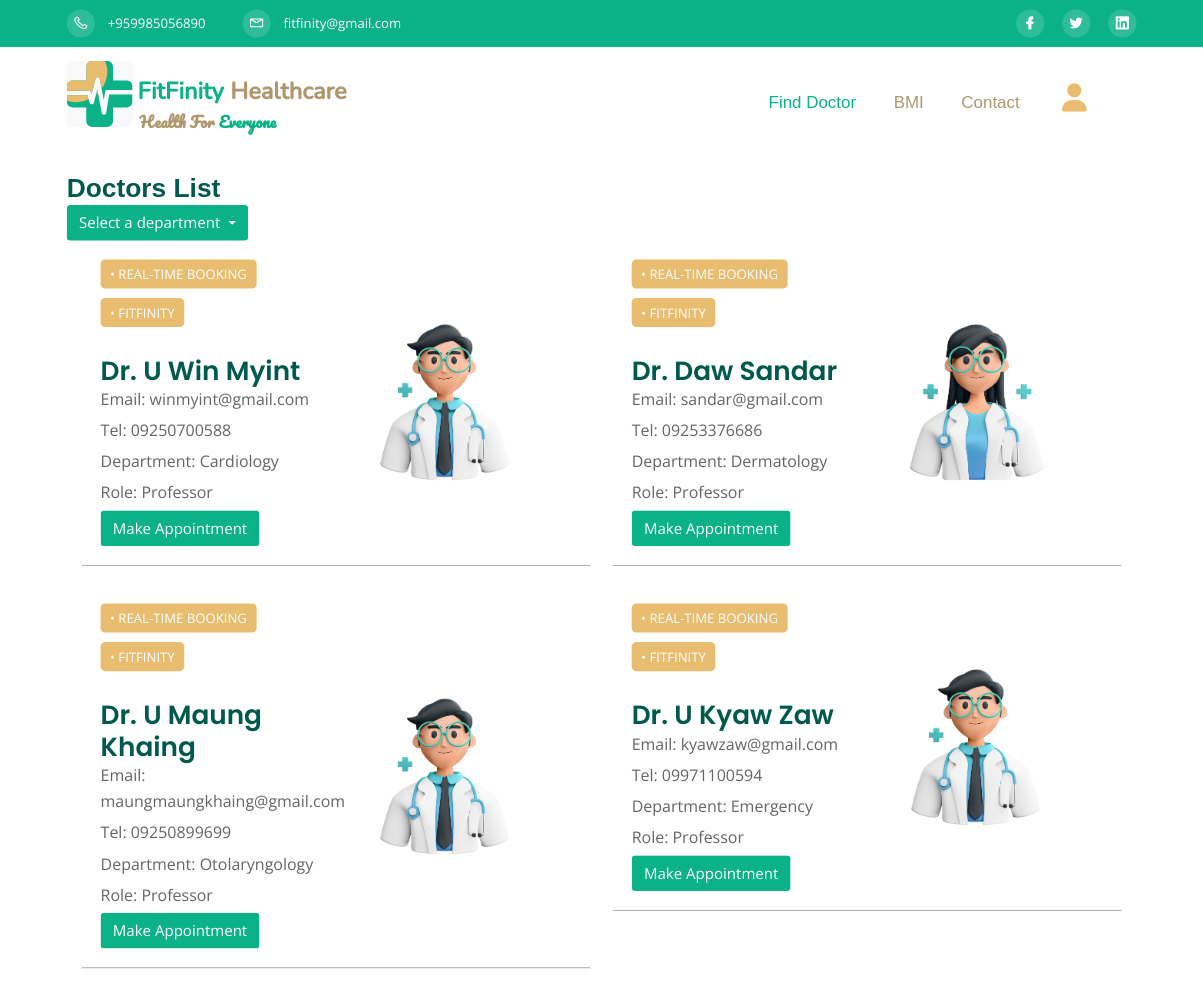
Repository: theonlymono/FitfinityHealthcareWebsiteJ2EE
Page: http://localhost/Fitfinity/guestDoctors.jsp
An editor plug-in stored every save of this project. The page is shown before and after the next save, followed by the edit.
The browser window is 1280 px wide. The pictures show the whole page, at 94% of full size.
Some web fonts or font styles are not loaded; a fallback is used. The page is served by Tomcat 9. Other server files are loaded and not shown. Queries for data that is not in the repository find no rows.

Above is the page before, as saved 2024-02-27 15:53:49.

### fitfinity/Fitfinity/WebContent/guestDoctors.jsp
<!DOCTYPE html>
<html class="no-js" lang="">
  <head>
    <meta charset="utf-8" />
    <meta http-equiv="x-ua-compatible" content="ie=edge" />
    <title>Fitfinity</title>
    <meta name="description" content="" />
    <meta name="viewport" content="width=device-width, initial-scale=1" />

    <link rel="icon" href="./assets/image/logo/logo.svg" />
    <link rel="stylesheet" href="https://cdnjs.cloudflare.com/ajax/libs/font-awesome/6.5.1/css/all.min.css" integrity="sha512-DTOQO9RWCH3ppGqcWaEA1BIZOC6xxalwEsw9c2QQeAIftl+Vegovlnee1c9QX4TctnWMn13TZye+giMm8e2LwA==" crossorigin="anonymous" referrerpolicy="no-referrer" />
    <!-- Place favicon.ico in the root directory -->
    <link href="https://fonts.googleapis.com/css2?family=Nunito:wght@500&display=swap" rel="stylesheet"/>
    <link href="https://fonts.googleapis.com/css2?family=Pacifico&display=swap" rel="stylesheet"/>
    <link
      href="https://cdn.jsdelivr.net/npm/bootstrap@5.3.0-alpha1/dist/css/bootstrap.min.css"
      rel="stylesheet"
    />
    <link rel="preconnect" href="https://fonts.googleapis.com">
	<link rel="preconnect" href="https://fonts.gstatic.com" crossorigin>
	<link href="https://fonts.googleapis.com/css2?family=Roboto:ital,wght@0,100;0,300;0,400;0,500;0,700;0,900;1,100;1,300;1,400;1,500;1,700;1,900&display=swap" rel="stylesheet">
    <link href="https://fonts.googleapis.com/css2?family=Poppins:ital,wght@0,100;0,200;0,300;0,400;0,500;0,600;0,700;0,800;0,900;1,100;1,200;1,300;1,400;1,500;1,600;1,700;1,800;1,900&family=Roboto:ital,wght@0,100;0,300;0,400;0,500;0,700;0,900;1,100;1,300;1,400;1,500;1,700;1,900&display=swap" rel="stylesheet">

    <!-- ========================= CSS here ========================= -->
    <link
      href="https://cdn.jsdelivr.net/npm/bootstrap@5.3.3/dist/css/bootstrap.min.css"
      rel="stylesheet"
      integrity="sha384-QWTKZyjpPEjISv5WaRU9OFeRpok6YctnYmDr5pNlyT2bRjXh0JMhjY6hW+ALEwIH"
      crossorigin="anonymous"
    />

	<style type="text/css">

      body {
        background-color: #f0f0f0;
        font-family: "Poppins", sans-serif;
      }

      .doctor-card {
        color: #ffffff;
        padding: 20px;
        margin-bottom: 20px;
        position: relative;
        display: flex; /* Use flexbox for layout */
        align-items: center; /* Center align content vertically */
        border-bottom: 1px solid #A6A6A6;
      }

      .doctor-card h5 {
        margin-bottom: 15px;
      }

      .doctor-card h3 {
        margin-top: 20px;
        color: #00594d;
        font-family: "Poppins", sans-serif;
      }

      .doctor-card p {
      	color: #646569;
        font-size: 17px;
        margin-bottom: 5px;
      }

      .doctor-card .user-img {
        width: 170px; /* Set width of the image */
        height: auto; /* Maintain aspect ratio */
        margin-top: 20px%;
        border-radius: 10%; /* Rounded corners */
        margin-left: 20px; /* Margin for spacing */
        margin-right: 50px; /* Margin for spacing */
      }

      .doctor-card-content {
        flex: 1; /* Take up remaining space */
      }

      .doctor-card a {
        text-decoration: none;
        color: #e8bd70;
      }

      .doctor-card-tag {
      background-color: #e8bd70;
      color: #ffffff;
      border-radius: 5px;
      padding: 5px 10px;
      margin-bottom: 10px;
      margin-right: 10px;
      font-size: 14px;
      text-transform: uppercase;
    }

    btn:hover {
	background-color: #E8BD70;
	color: white;
}
	</style>

    <script
      src="https://cdn.jsdelivr.net/npm/bootstrap@5.3.3/dist/js/bootstrap.bundle.min.js"
      integrity="sha384-YvpcrYf0tY3lHB60NNkmXc5s9fDVZLESaAA55NDzOxhy9GkcIdslK1eN7N6jIeHz"
      crossorigin="anonymous"
    ></script>
    <link rel="stylesheet" href="assets/css/bootstrap-5.0.5-alpha.min.css" />
    <link rel="stylesheet" href="assets/css/LineIcons.2.0.css" />
    <link rel="stylesheet" href="assets/css/animate.css" />
    <link rel="stylesheet" href="assets/css/tiny-slider.css" />
    <link rel="stylesheet" href="assets/css/main.css" />
  </head>
<body>

    <header id="home" class="header">
      <div class="header-wrapper">
        <div class="header-top theme-bg">
          <div class="container">
            <div class="row">
              <div class="col-md-8">
                <div class="header-top-left text-center text-md-left">
                  <ul>
                    <li>
                      <a href="#"
                        ><i class="lni lni-phone"></i> +959985056890</a
                      >
                    </li>
                    <li>
                      <a href="#"
                        ><i class="lni lni-envelope"></i> fitfinity@gmail.com</a
                      >
                    </li>
                  </ul>
                </div>
              </div>
              <div class="col-md-4">
                <div class="header-top-right d-none d-md-block">
                  <ul>
                    <li>
                      <a href="#"><i class="lni lni-facebook-filled"></i></a>
                    </li>
                    <li>
                      <a href="#"><i class="lni lni-twitter-filled"></i></a>
                    </li>
                    <li>
                      <a href="#"><i class="lni lni-linkedin-original"></i></a>
                    </li>
                  </ul>
                </div>
              </div>
            </div>
          </div>
        </div>
        <div class="navbar-area">
          <div class="container">
            <div class="row">
              <div class="col-lg-12">
                <nav class="navbar navbar-expand-lg">
                  <a class="navbar-brand" href="index.html">
                    <img
                      style="width: 70px"
                      src="assets/image/logo/MainLogosvg.svg"
                      alt="Logo"
                    />
                    <h4 style="display: inline">
                      <span
                        style="
                          color: #0bb288;
                          margin-left: 0px;
                          font-family: 'Nunito', sans-serif;
                          font-weight: 700;
                        "
                        >FitFinity</span
                      >
                      <span
                        style="
                          color: #af976d;
                          margin-left: 0px;
                          font-family: 'Nunito', sans-serif;
                          font-weight: 700;
                        "
                        >Healthcare</span
                      >
                    </h4>
                    <h6
                      style="margin-left: 26%; margin-top: -5%"
                      class="navDiv"
                    >
                      <span
                        style="color: #af976d; font-family: 'Pacifico', cursive"
                        >Health For</span
                      >
                      <span
                        style="color: #0bb288; font-family: 'Pacifico', cursive"
                        >Everyone</span
                      >
                    </h6>
                  </a>
                  <button
                    class="navbar-toggler"
                    type="button"
                    data-toggle="collapse"
                    data-target="#navbarSupportedContent"
                    aria-controls="navbarSupportedContent"
                    aria-expanded="false"
                    aria-label="Toggle navigation"
                  >
                    <span class="toggler-icon"></span>
                    <span class="toggler-icon"></span>
                    <span class="toggler-icon"></span>
                  </button>

                  <div
                    class="collapse navbar-collapse sub-menu-bar"
                    id="navbarSupportedContent"
                  >
                    <ul id="nav" class="navbar-nav ml-auto">

                      <li class="nav-item mt-3">
                        <a class="active" href="#">Find Doctor</a>
                      </li>
                      <li class="nav-item mt-3">
                        <a target="_blank" class="" href="./BMI.jsp">BMI</a>
                      </li>
                      <li class="nav-item mt-3">
                        <a target="_blank" class="" href="./feedback.jsp">Contact</a>
                      </li>

                      <li class="nav-item mt-1">
			            <div class="dropdown-center me-5">
			              <button class="btn p-1 pe-2 ps-2 rounded-3" type="button" data-bs-toggle="dropdown" aria-expanded="false">
			                <i style="color: #E8BD70; font-size: 30px;" class="fa-solid fa-user"></i>
			              </button>
			              <ul class="dropdown-menu">
			                <li><a style="font-size: 17px;" class="dropdown-item" href="#"> <%= request.getParameter("userName") %><img style="margin-left: 30px;" class=" rounded-circle" width="50px" src="/image/profile1.jpg" alt=""></a></li>
			                <li><hr class="dropdown-divider"></li>
			                <li><a style="font-size: 17px;" class="dropdown-item" href="./main.jsp">LogOut</a></li>
			              </ul>
                      </li>
                    </ul>
                  </div>
                  <!-- navbar collapse -->
                </nav>
                <!-- navbar -->
              </div>
            </div>
            <!-- row -->
          </div>
          <!-- container -->
        </div>
        <!-- navbar area -->
      </div>

  <div class="container mt-5">
    <h3 style="color: #00594d;" >Doctors List</h3>
    <div class="dropdown">
      <button style="background-color: #0bb288; color: white;" class="btn dropdown-toggle" type="button" id="dropdownMenuButton" data-toggle="dropdown" aria-haspopup="true" aria-expanded="false">
        Select a department
      </button>
      <div class="dropdown-menu drdrop" aria-labelledby="dropdownMenuButton">
        <%-- Departments will be populated dynamically --%>
      </div>
    </div>




	<div class="container">
      <div id="doctorList" class="row">
        <div class="col-md-6">
			    <div class="doctor-card">
			        <div class="doctor-card-content">
			            <span class="doctor-card-tag">&#8226; Real-time Booking</span>
			            <span class="doctor-card-tag">&#8226; Fitfinity</span>
			            <h3> Dr. U Win Myint </h3>
			            <p>Email: winmyint@gmail.com</p>
			            <p>Tel: 09250700588</p>
			            <p>Department: Cardiology</p>
			            <p>Role: Professor</p>
			            <a target="_blank" style="background-color: #0bb288; color: white;" href="./DrBooking.jsp?doctorID=Dr-001&patientID=<%= request.getParameter("PatientID")%>" class="btn">Make Appointment</a>
			        </div>
			        <img class="user-img" src="./assets/image/doctorProfile/maleDr.png" alt="Doctor Image" />
			    </div>
        </div>
        <div class="col-md-6">
			    <div class="doctor-card">
			        <div class="doctor-card-content">
			            <span class="doctor-card-tag">&#8226; Real-time Booking</span>
			            <span class="doctor-card-tag">&#8226; Fitfinity</span>
			            <h3> Dr. Daw Sandar </h3>
			            <p>Email: sandar@gmail.com</p>
			            <p>Tel: 09253376686</p>
			            <p>Department: Dermatology</p>
			            <p>Role: Professor</p>
			            <a target="_blank" style="background-color: #0bb288; color: white;" href="./DrBooking.jsp?doctorID=Dr-004&patientID=<%= request.getParameter("PatientID")%>" class="btn">Make Appointment</a>
			        </div>
			        <img class="user-img" src="./assets/image/doctorProfile/femaleDr.png" alt="Doctor Image" />
			    </div>
        </div>
        <div class="col-md-6">
			    <div class="doctor-card">
			        <div class="doctor-card-content">
			            <span class="doctor-card-tag">&#8226; Real-time Booking</span>
			            <span class="doctor-card-tag">&#8226; Fitfinity</span>
			            <h3> Dr. U Maung Khaing</h3>
			            <p>Email: maungmaungkhaing@gmail.com</p>
			            <p>Tel: 09250899699</p>
			            <p>Department: Otolaryngology</p>
			            <p>Role: Professor</p>
			            <a target="_blank" style="background-color: #0bb288; color: white;" href="./DrBooking.jsp?doctorID=Dr-007&patientID=<%= request.getParameter("PatientID")%>" class="btn">Make Appointment</a>
			        </div>
			        <img class="user-img" src="./assets/image/doctorProfile/maleDr.png" alt="Doctor Image" />
			    </div>
        </div>
        <div class="col-md-6">
			    <div class="doctor-card">
			        <div class="doctor-card-content">
			            <span class="doctor-card-tag">&#8226; Real-time Booking</span>
			            <span class="doctor-card-tag">&#8226; Fitfinity</span>
			            <h3> Dr. U Kyaw Zaw </h3>
			            <p>Email:  kyawzaw@gmail.com</p>
			            <p>Tel: 09971100594</p>
			            <p>Department: Emergency</p>
			            <p>Role: Professor</p>
			            <a target="_blank" style="background-color: #0bb288; color: white;" href="./DrBooking.jsp?doctorID=Dr-010&patientID=<%= request.getParameter("PatientID")%>" class="btn">Make Appointment</a>
			        </div>
			        <img class="user-img" src="./assets/image/doctorProfile/maleDr.png" alt="Doctor Image" />
			    </div>
        </div>
        </div>
        </div>

  <%-- <%@ include file="footer.jsp" %> --%>

  <script src="https://ajax.googleapis.com/ajax/libs/jquery/3.5.1/jquery.min.js"></script>
  <script src="https://cdnjs.cloudflare.com/ajax/libs/popper.js/1.16.0/umd/popper.min.js"></script>
  <script src="https://maxcdn.bootstrapcdn.com/bootstrap/4.5.2/js/bootstrap.min.js"></script>
  <script>
  $(document).ready(function(){
      // Load departments dropdown
      $.ajax({
          url: "DepartmentServlet",
          method: "GET",
          success: function(data) {
              $(".drdrop").html(data);
          }
      });

      // Load doctors list based on selected department
      $(".drdrop").on("click", ".dropdown-item", function() {
          var departmentId = $(this).data("deptid");
          $.ajax({
        	  url: "GuestDoctorServlet",
              method: "GET",
              data: { deptid: departmentId, patientID:"<%= request.getParameter("PatientID")%>" },
              success: function(data) {
                  $("#doctorList").html(data);
              }
          });
      });

  });

  </script>
</body>
</html>

### fitfinity/Fitfinity/src/main/java/searchDr/DepartmentServlet.java
package searchDr;

import java.io.*;
import java.sql.*;
import javax.servlet.ServletException;
import javax.servlet.annotation.WebServlet;
import javax.servlet.http.*;

@WebServlet("/DepartmentServlet")
public class DepartmentServlet extends HttpServlet {
    protected void doGet(HttpServletRequest request, HttpServletResponse response) throws ServletException, IOException {
        response.setContentType("text/html;charset=UTF-8");
        PrintWriter out = response.getWriter();

        try {
            // Load the MySQL JDBC driver
            Class.forName("com.mysql.jdbc.Driver");

            // Connect to the database
            try (Connection conn = DriverManager.getConnection("jdbc:mysql://localhost:3306/fitfinity", "root", "")) {

                // Execute query to retrieve departments
                String sql = "SELECT deptID, deptName FROM departments";
                try (Statement stmt = conn.createStatement(); ResultSet rs = stmt.executeQuery(sql)) {
                    // Build dropdown options dynamically

                    while (rs.next()) {
                    	out.println("<a class=\"dropdown-item\" href=\"#\" data-deptid=\"" + rs.getString("deptID") + "\">" + rs.getString("deptName") + "</a>");
                    }
                }
            }
        } catch (ClassNotFoundException | SQLException e) {
            e.printStackTrace(out);
        }
    }
}

Loaded but not shown: fitfinity/Fitfinity/WebContent/assets/css/bootstrap-5.0.5-alpha.min.css (library); fitfinity/Fitfinity/WebContent/assets/css/animate.css (library); fitfinity/Fitfinity/WebContent/assets/image/logo/MainLogosvg.svg (1 lines, source omitted); fitfinity/Fitfinity/WebContent/assets/css/main.css (2375 lines, source omitted); fitfinity/Fitfinity/WebContent/assets/css/LineIcons.2.0.css (2211 lines, source omitted); fitfinity/Fitfinity/WebContent/assets/css/tiny-slider.css (3 lines, source omitted)

After the next save:
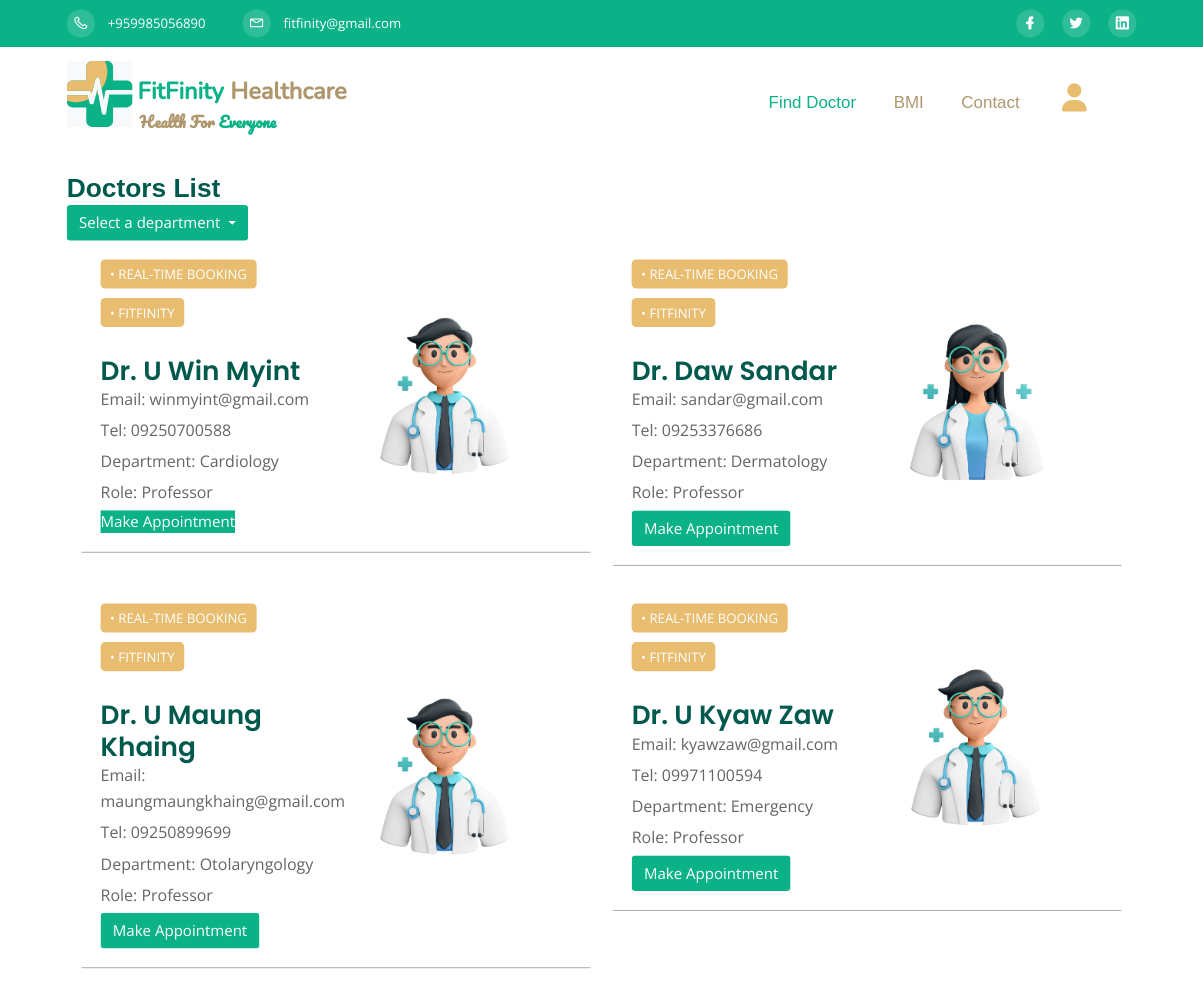
Saved 9 min 35 s later.
--- a/fitfinity/Fitfinity/WebContent/guestDoctors.jsp
+++ b/fitfinity/Fitfinity/WebContent/guestDoctors.jsp
@@ -275,7 +275,7 @@
 			            <p>Tel: 09250700588</p>
 			            <p>Department: Cardiology</p>
 			            <p>Role: Professor</p>
-			            <a target="_blank" style="background-color: #0bb288; color: white;" href="./DrBooking.jsp?doctorID=Dr-001&patientID=<%= request.getParameter("PatientID")%>" class="btn">Make Appointment</a>
+			            <a target="_blank" style="background-color: #0bb288; color: white;" href="./DrBooking.jsp class="btn">Make Appointment</a>
 			        </div>
 			        <img class="user-img" src="./assets/image/doctorProfile/maleDr.png" alt="Doctor Image" />
 			    </div>

After the save that followed:
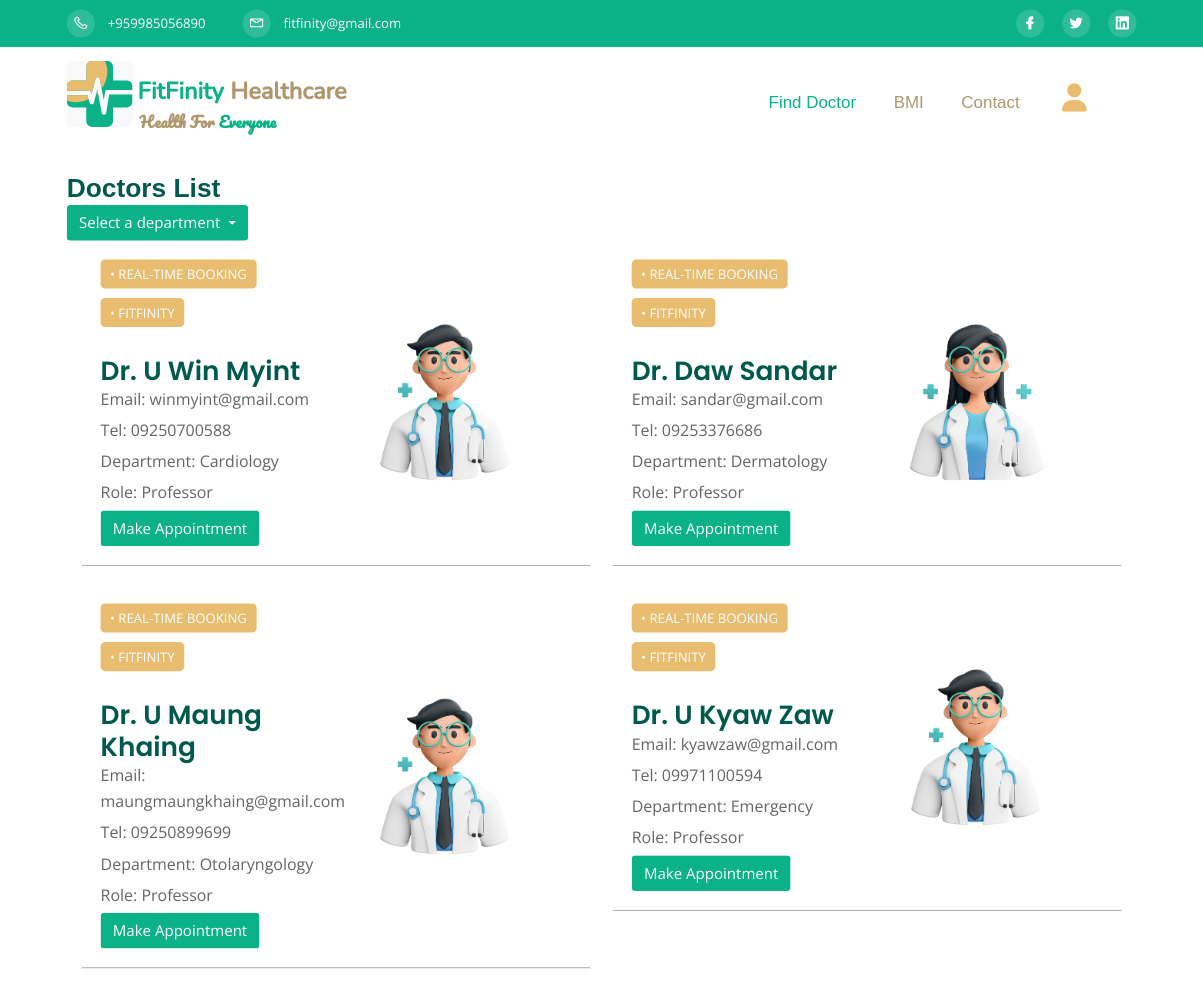
Saved 9 s later.
--- a/fitfinity/Fitfinity/WebContent/guestDoctors.jsp
+++ b/fitfinity/Fitfinity/WebContent/guestDoctors.jsp
@@ -275,7 +275,7 @@
 			            <p>Tel: 09250700588</p>
 			            <p>Department: Cardiology</p>
 			            <p>Role: Professor</p>
-			            <a target="_blank" style="background-color: #0bb288; color: white;" href="./DrBooking.jsp class="btn">Make Appointment</a>
+			            <a target="_blank" style="background-color: #0bb288; color: white;" href="./DrBooking.jsp" class="btn">Make Appointment</a>
 			        </div>
 			        <img class="user-img" src="./assets/image/doctorProfile/maleDr.png" alt="Doctor Image" />
 			    </div>
